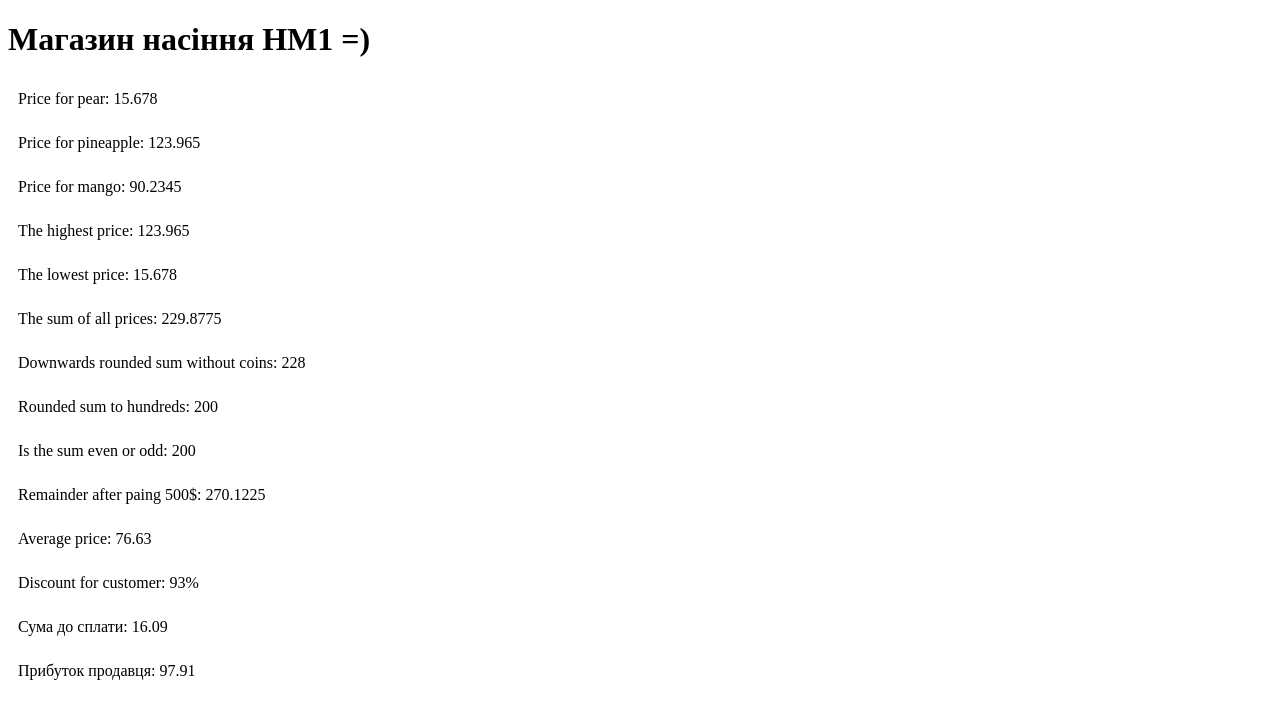
Repository: mariiastetsko/cursor-js-hw
Page: HW1/index.html
An editor plug-in stored every save of this project. The page is shown before and after a run of saves, followed by the edit.
The browser window is 1280 px wide. The pictures show the whole page.

Above is the page before, as saved 2020-07-22 22:32:00.

After the next 3 saves:
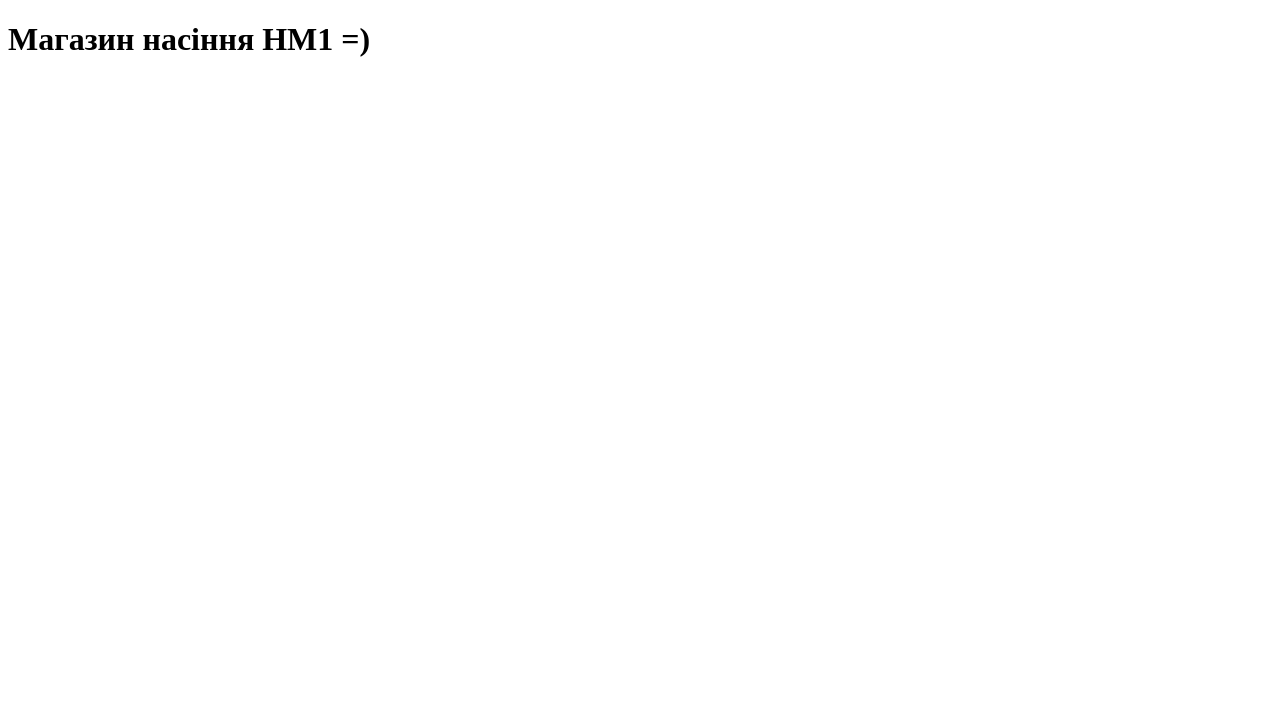
Console error: TypeError: isEven is not a function
The 3 saves are shown as one change because they came seconds apart.
The last was saved 96 s later.
--- a/HW1/script.js
+++ b/HW1/script.js
@@ -51,7 +51,7 @@
 <p>The sum of all prices: ${fruitSum}</p>
 <p>Downwards rounded sum without coins: ${sumWithoutCoins}</p>
 <p>Rounded sum to hundreds: ${roundedSum}</p>
-<p>Is the sum even or odd: ${isEven}</p>
+<p>Is the sum even or odd: ${isEven(roundedSum)}</p>
 <p>Remainder after paing 500$: ${remainder}</p>
 <p>Average price: ${roundedAverage}</p>
 <p>Discount for customer: ${discount}%</p>

After the save that followed:
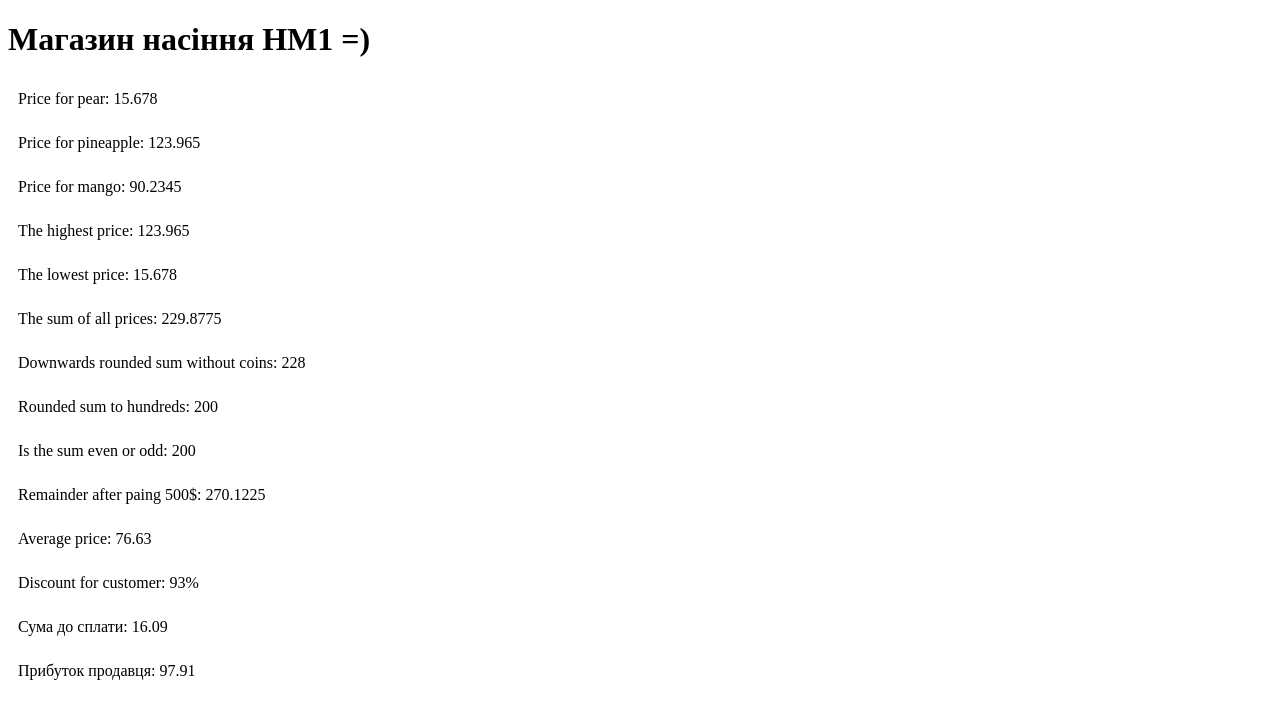
The error is gone.
Saved 2 min 13 s later.
--- a/HW1/script.js
+++ b/HW1/script.js
@@ -51,7 +51,7 @@
 <p>The sum of all prices: ${fruitSum}</p>
 <p>Downwards rounded sum without coins: ${sumWithoutCoins}</p>
 <p>Rounded sum to hundreds: ${roundedSum}</p>
-<p>Is the sum even or odd: ${isEven(roundedSum)}</p>
+<p>Is the sum even or odd: ${isEven}</p>
 <p>Remainder after paing 500$: ${remainder}</p>
 <p>Average price: ${roundedAverage}</p>
 <p>Discount for customer: ${discount}%</p>
